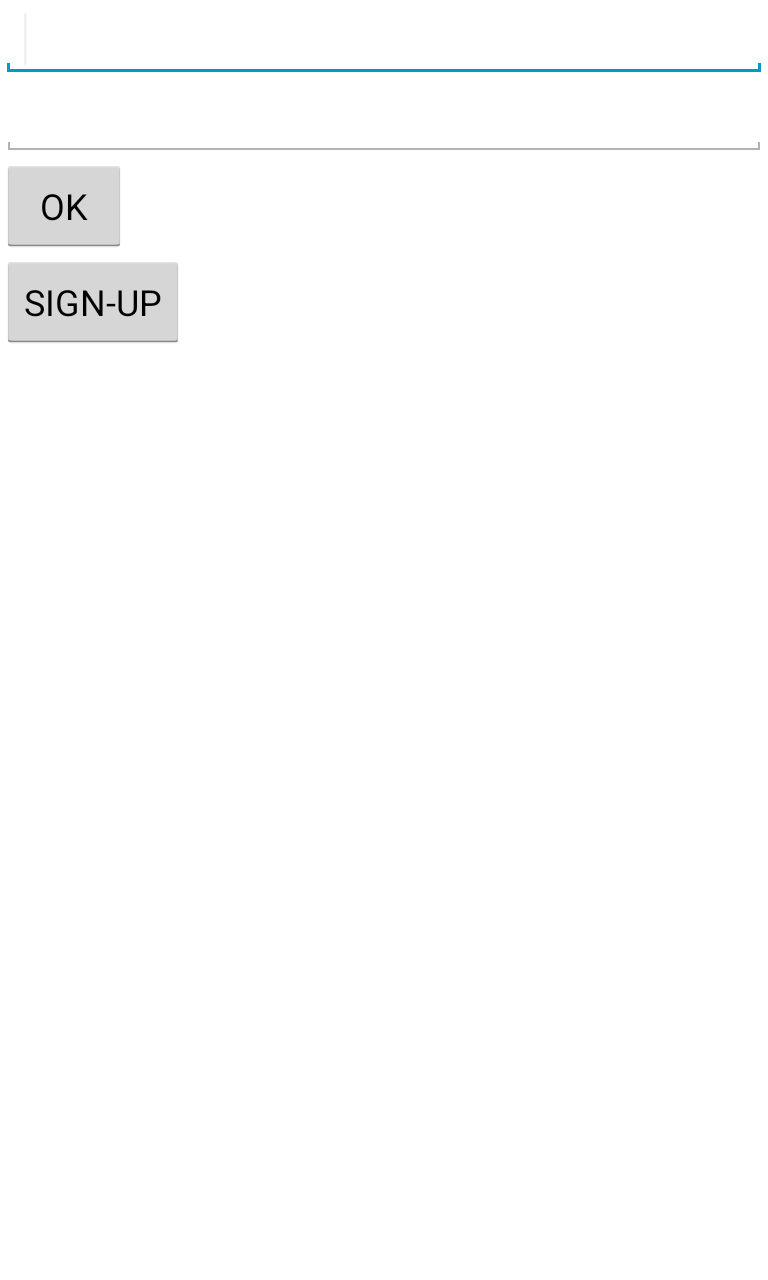
Repository: elvispap/The_Voice_of_People_Android_app
Layout: Voice of People/res/layout/login.xml
The author's editor kept a copy of each file at every save. The layout is drawn from the files as they stood at one save, then again after the next save.
It is drawn on a 768 x 1280 px phone screen (xhdpi) without system bars, with theme AppTheme; the app's code is not run.

Above is the layout before, as saved 2014-01-02 15:31:32.

After the next save:
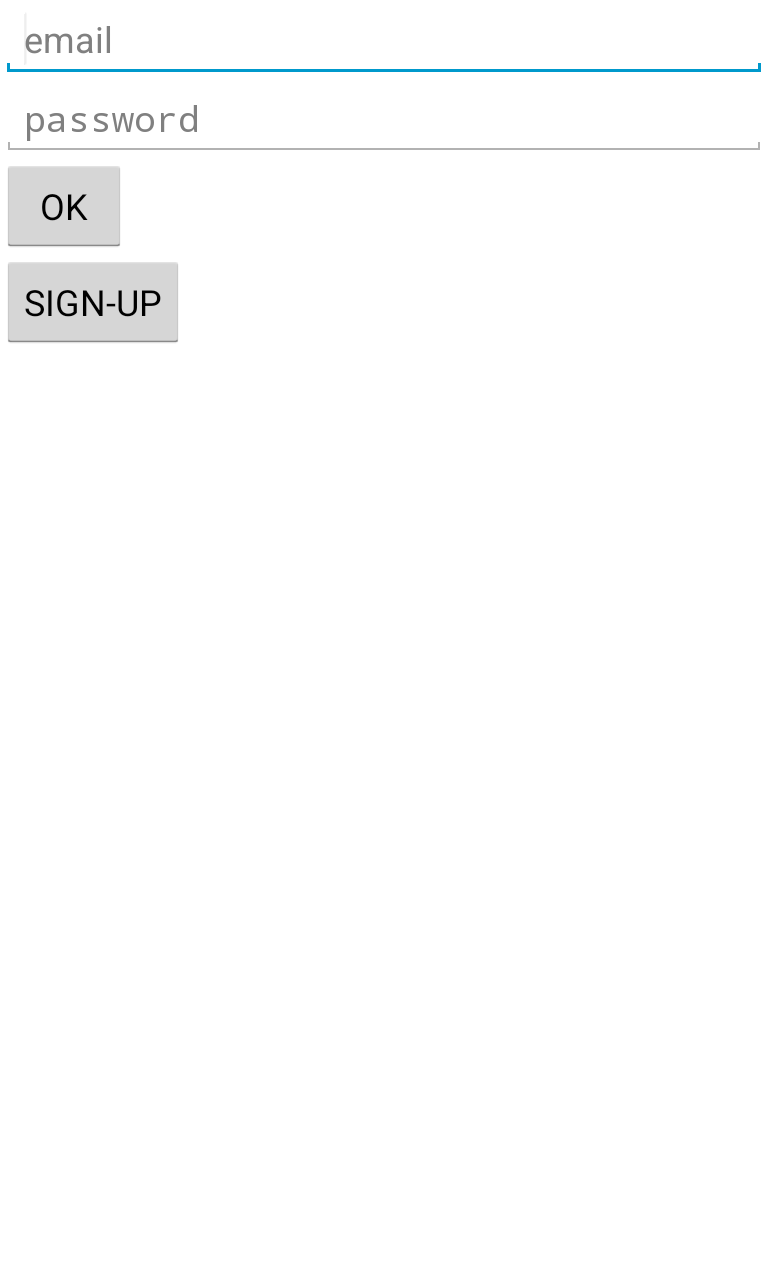
Saved 4 min 14 s later.
--- a/Voice of People/res/layout/login.xml
+++ b/Voice of People/res/layout/login.xml
@@ -9,6 +9,7 @@
         android:layout_width="match_parent"
         android:layout_height="wrap_content"
         android:ems="10"
+        android:hint="email"
         android:inputType="textEmailAddress" >
 
         <requestFocus />
@@ -19,6 +20,7 @@
         android:layout_width="match_parent"
         android:layout_height="wrap_content"
         android:ems="10"
+        android:hint="password"
         android:inputType="textPassword" />
 
     <Button
